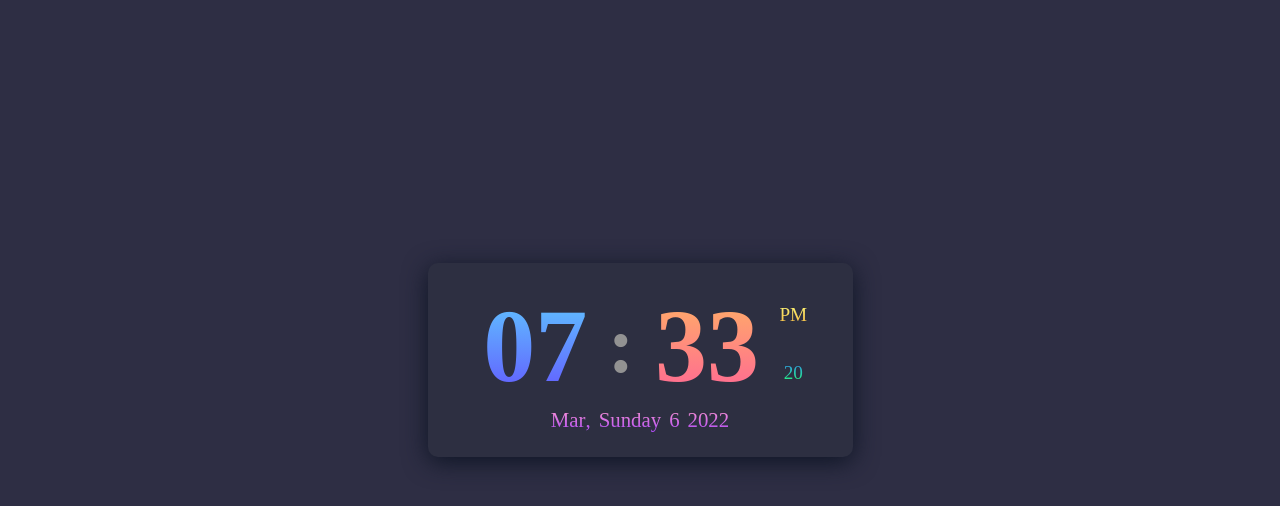
Repository: QUANGTHAI2003/digital-clock
Page: index.html
These files come from the project's save history. The page is drawn as it stood at one moment and after the next save; the edit follows.
The browser window is 1280 px wide. The pictures show the whole page.

Above is the page before, as saved 2022-03-26 20:36:04.

After the next save:
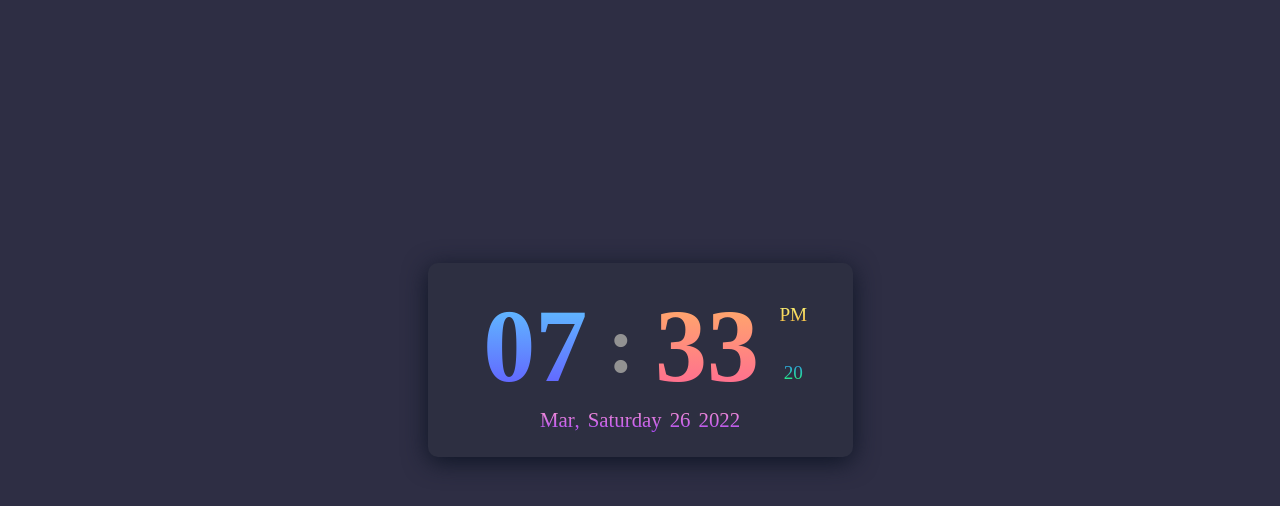
Saved 2 min 9 s later.
--- a/app.js
+++ b/app.js
@@ -37,3 +37,8 @@ const dayNumber = today.getDate();
 const year = today.getFullYear();
 const dayName = today.toLocaleString('default', { weekday: 'long' });
 const monthName = today.toLocaleString('default', { month: 'short' });
+
+document.querySelector(".month-name").innerHTML = monthName;
+document.querySelector(".day-name").innerHTML = dayName;
+document.querySelector(".day-number").innerHTML = dayNumber;
+document.querySelector(".year").innerHTML = year;
